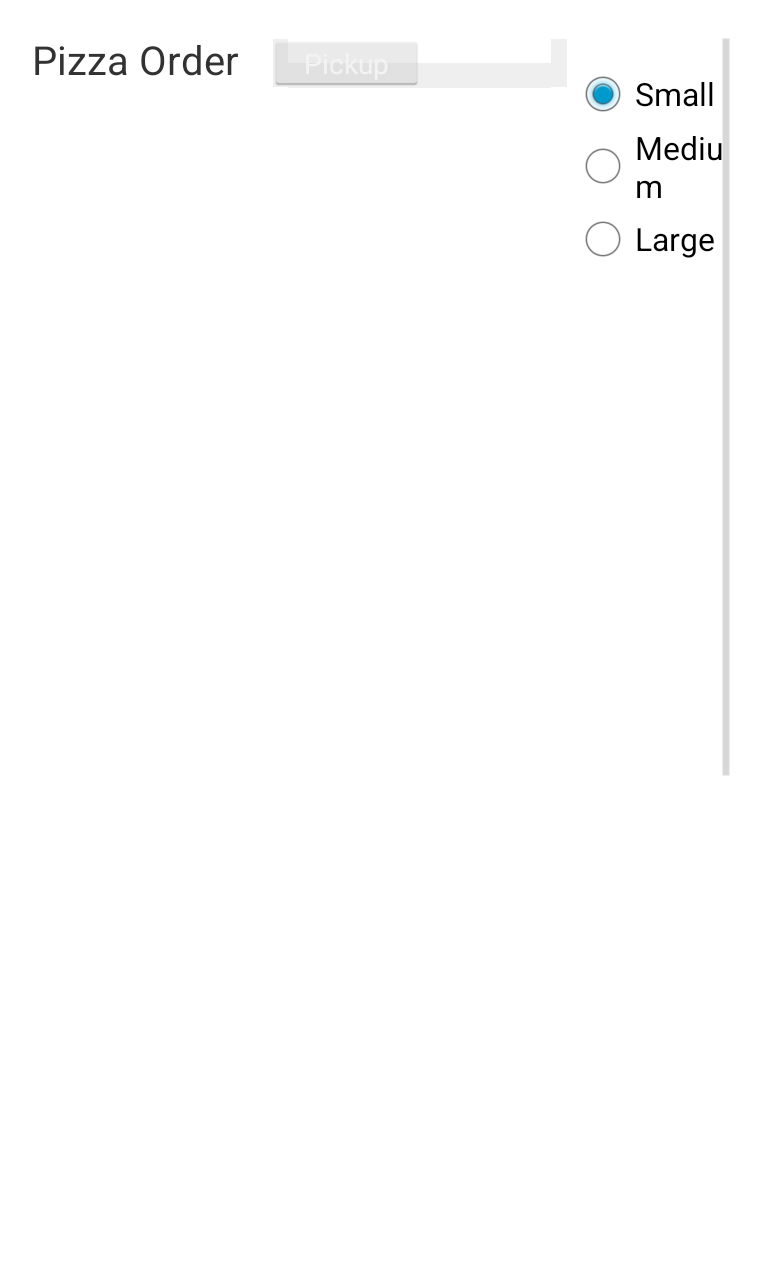
Repository: ericMedeiros93/Android-Dev
Layout: PizzaOrdering/res/layout/activity_main.xml
An editor plug-in stored every save of this project. The layout is shown before and after the next save, followed by the edit.
It is drawn on a 768 x 1280 px phone screen (xhdpi) without system bars, with theme AppTheme; the app's code is not run.

Above is the layout before, as saved 2014-09-17 17:07:48.

After the next save:
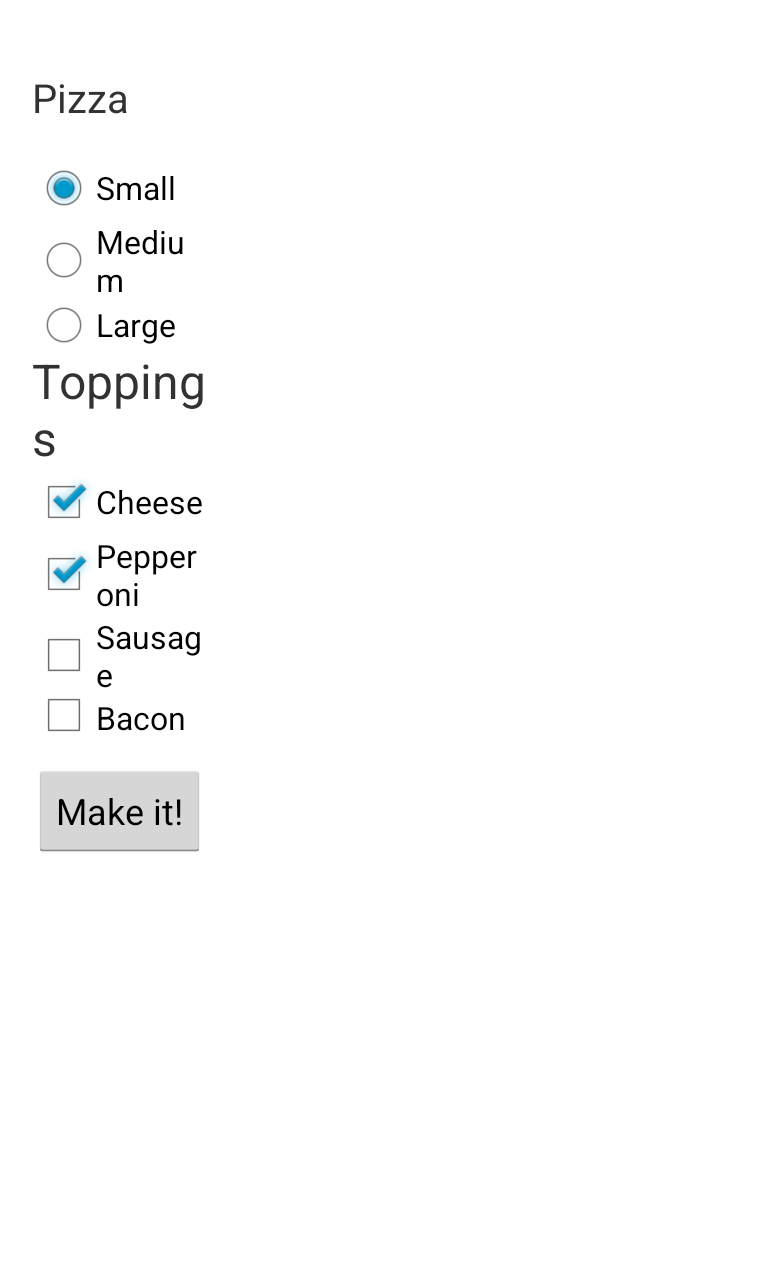
Saved 24 s later.
--- a/PizzaOrdering/res/layout/activity_main.xml
+++ b/PizzaOrdering/res/layout/activity_main.xml
@@ -14,6 +14,7 @@
         android:layout_height="wrap_content" >
         <LinearLayout
 
+    android:orientation="vertical"
         android:layout_width="wrap_content"
         android:layout_height="wrap_content">
 
